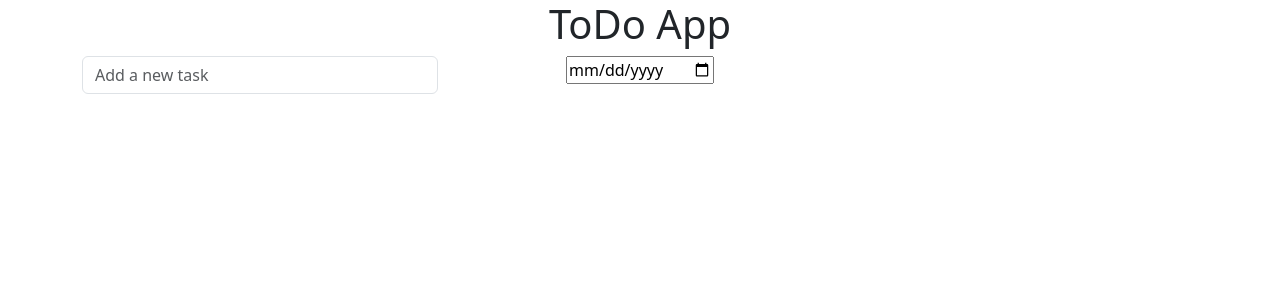
Repository: Mohitkumar1322/ReactTut
Page: / (app in ToDoApp/)
An editor plug-in stored every save of this project. The page is shown before and after the next save, followed by the edit.
The browser window is 1280 px wide. The pictures show the whole page.
The project was rebuilt for these pictures with package versions that can differ from the ones it lists, and the page was loaded fresh each time. Also part of the build but not shown: ToDoApp/vite.config.js.

Above is the page before, as saved 2025-08-24 11:14:02.

### ToDoApp/src/App.jsx
function App() {
  return (
    <div>
      <center>
        <h1 class="todo-container">ToDo App</h1>
        <div class="container text-center">
          <div class="row">
            <div class="col-4">
              <input type ="text" placeholder="Add a new task" class="form-control"/>
            </div>
            <div class="col-4">
              <input type="date" />
            </div>
            <div class="col-2"></div>
          </div>
        </div>
      </center>
    </div>
  );
}

export default App;

Loaded but not shown: ToDoApp/index.html (common file); ToDoApp/src/main.jsx (common file)

After the next save:
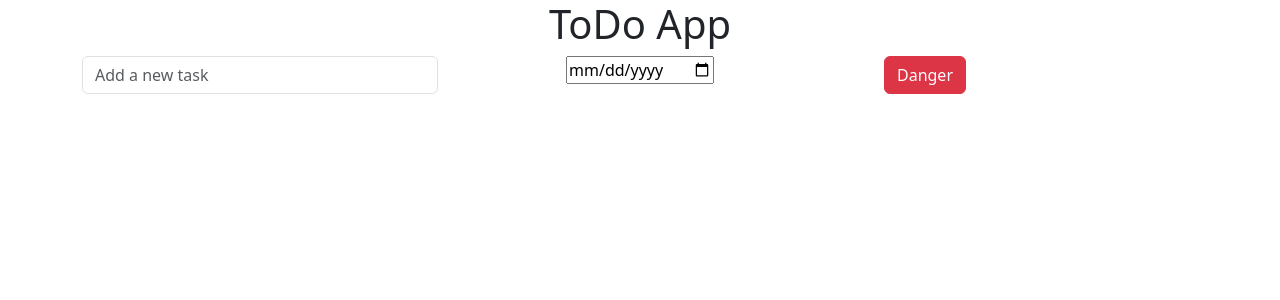
Saved 40 s later.
--- a/ToDoApp/src/App.jsx
+++ b/ToDoApp/src/App.jsx
@@ -11,7 +11,7 @@ function App() {
             <div class="col-4">
               <input type="date" />
             </div>
-            <div class="col-2"></div>
+            <div class="col-2"><button type="button" class="btn btn-danger">Danger</button></div>
           </div>
         </div>
       </center>
